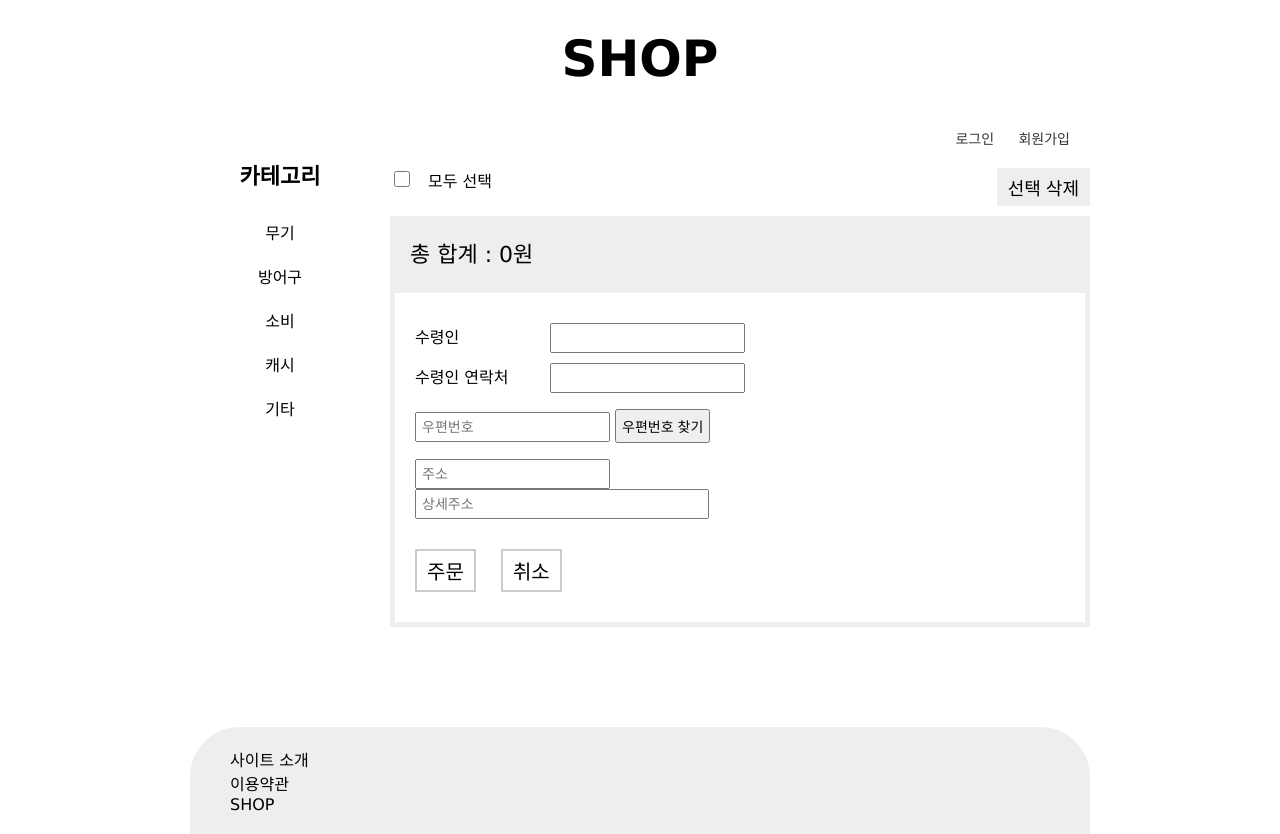
Repository: leesoonyong/shopping-mall
Page: http://localhost/shop/WEB-INF/views/shop/cartList.jsp
An editor plug-in stored every save of this project. The page is shown before and after the next save, followed by the edit.
The browser window is 1280 px wide. The pictures show the whole page.
After loading, the first visible `button.orderOpne_bnt` was clicked once.
The page is served by Tomcat 9. Nobody is signed in. Other server files are loaded and not shown. The template is opened directly, without the code that normally fills it, so the values that code supplies are empty.

Above is the page before, as saved 2020-09-16 02:13:00.

### shop/src/main/webapp/WEB-INF/views/shop/cartList.jsp
<%@ taglib uri="http://java.sun.com/jsp/jstl/core" prefix="c" %>
<%@ taglib prefix="fmt" uri="http://java.sun.com/jsp/jstl/fmt"%>
<%@ page language="java" contentType="text/html; charset=UTF-8" pageEncoding="UTF-8"%>
<!DOCTYPE html>
<html>
<head>
<meta charset="UTF-8">
<script src='https://code.jquery.com/jquery-3.3.1.min.js'></script>
<style>
body {
	margin: 0;
	padding: 0;
	font-family: '맑은 고딕', verdana;
}

a {
	color: #05f;
	text-decoration: none;
}

a:hover {
	text-decoration: underline;
}

h1, h2, h3, h4, h5, h6 {
	margin: 0;
	padding: 0;
}

ul, lo, li {
	margin: 0;
	padding: 0;
	list-style: none;
}

/* ---------- */
div#root {
	width: 900px;
	margin: 0 auto;
}

header#header {

}

nav#nav {

}

section#container {

}

section#content {
	float: right;
	width: 700px;
}

aside#aside {
	float: left;
	width: 180px;
}

section#container::after {
	content: "";
	display: block;
	clear: both;
}

footer#footer {
	background: #eee;
	padding: 20px;
}

/* ---------- */
header#header div#header_box {
	text-align: center;
	padding: 30px 0;
}

header#header div#header_box h1 {
	font-size: 50px;
}

header#header div#header_box h1 a {
	color: #000;
}

nav#nav div#nav_box {
	font-size: 14px;
	padding: 10px;
	text-align: right;
}

nav#nav div#nav_box li {
	display: inline-block;
	margin: 0 10px;
}

nav#nav div#nav_box li a {
	color: #333;
}

section#container {

}

aside#aside h3 {
	font-size: 22px;
	margin-bottom: 20px;
	text-align: center;
}

aside#aside li {
	font-size: 16px;
	text-align: center;
}

aside#aside li a {
	color: #000;
	display: block;
	padding: 10px 0;
}

aside#aside li a:hover {
	text-decoration: none;
	background: #eee;
}

footer#footer {
	margin-top: 100px;
	border-radius: 50px 50px 0 0;
}

footer#footer div#footer_box {
	padding: 0 20px;
}

aside#aside li {
	position: relative;
}

aside#aside li:hover {
	background: #eee;
}

aside#aside li>ul.low {
	display: none;
	position: absolute;
	top: 0;
	left: 180px;
}

aside#aside li:hover>ul.low {
	display: block;
}

aside#aside li:hover>ul.low li a {
	background: #eee;
	border: 1px solid #eee;
}

aside#aside li:hover>ul.low li a:hover {
	background: #fff;
}

aside#aside li>ul.low li {
	width: 180px;
}
/*
section#content ul li {
	display: inline-block;
	margin: 10px;
}

section#content div.goodsThumb img {
	width: 200px;
	height: 200px;
}

section#content div.goodsName {
	padding: 10px 0;
	text-align: center;
}

section#content div.goodsName a {
	color: #000;
}
*/
 section#content ul li { margin:10px 0; }
 section#content ul li img { width:250px; height:250px; }
 section#content ul li::after { content:""; display:block; clear:both; }
 section#content div.thumb { float:left; width:250px; }
 section#content div.gdsInfo { float:right; width:calc(100% - 270px); }
 section#content div.gdsInfo { font-size:20px; line-height:2; }
 section#content div.gdsInfo span { display:inline-block; width:100px; font-weight:bold; margin-right:10px; }
 section#content div.gdsInfo .delete { text-align:right; }
 section#content div.gdsInfo .delete button { font-size:22px;
            padding:5px 10px; border:1px solid #eee; background:#eee;}



.allCheck { float:left; width:200px; }
.allCheck input { width:16px; height:16px; }
.allCheck label { margin-left:10px; }
.delBtn { float:right;  text-align:right; }
.delBtn button { font-size:18px; padding:5px 10px; border:1px solid #eee; background:#eee;}

.checkBox { width:30px; }
.checkBox input { width:16px; height:16px; }


.listResult { padding:20px; background:#eee; }
.listResult .sum { float:left; width:45%; font-size:22px; }

.listResult .orderOpne { float:right; width:45%; text-align:right; }
.listResult .orderOpne button { font-size:18px; padding:5px 10px; border:1px solid #999; background:#fff;}
.listResult::after { content:""; display:block; clear:both; }

.orderInfo { border:5px solid #eee; padding:20px; display:none;}
.orderInfo .inputArea { margin:10px 0; }
.orderInfo .inputArea label { display:inline-block; width:120px; margin-right:10px; }
.orderInfo .inputArea input { font-size:14px; padding:5px; }
#userAddr2, #userAddr3 { width:250px; }

.orderInfo .inputArea:last-child { margin-top:30px; }
.orderInfo .inputArea button { font-size:20px; border:2px solid #ccc; padding:5px 10px; background:#fff; margin-right:20px;}\

.orderInfo .inputArea #sample6_address { width:230px; }
.orderInfo .inputArea #sample6_detailAddress { width:280px; }
.orderInfo .inputArea #sample6_extraAddress { display:none; }

</style>
<script src="https://t1.daumcdn.net/mapjsapi/bundle/postcode/prod/postcode.v2.js"></script>
<script>
function sample6_execDaumPostcode() {
    new daum.Postcode({
        oncomplete: function(data) {
            // 팝업에서 검색결과 항목을 클릭했을때 실행할 코드를 작성하는 부분.

            // 각 주소의 노출 규칙에 따라 주소를 조합한다.
            // 내려오는 변수가 값이 없는 경우엔 공백('')값을 가지므로, 이를 참고하여 분기 한다.
            var addr = ''; // 주소 변수
            var extraAddr = ''; // 참고항목 변수

            //사용자가 선택한 주소 타입에 따라 해당 주소 값을 가져온다.
            if (data.userSelectedType === 'R') { // 사용자가 도로명 주소를 선택했을 경우
                addr = data.roadAddress;
            } else { // 사용자가 지번 주소를 선택했을 경우(J)
                addr = data.jibunAddress;
            }

            // 사용자가 선택한 주소가 도로명 타입일때 참고항목을 조합한다.
            if(data.userSelectedType === 'R'){
                // 법정동명이 있을 경우 추가한다. (법정리는 제외)
                // 법정동의 경우 마지막 문자가 "동/로/가"로 끝난다.
                if(data.bname !== '' && /[동|로|가]$/g.test(data.bname)){
                    extraAddr += data.bname;
                }
                // 건물명이 있고, 공동주택일 경우 추가한다.
                if(data.buildingName !== '' && data.apartment === 'Y'){
                    extraAddr += (extraAddr !== '' ? ', ' + data.buildingName : data.buildingName);
                }
                // 표시할 참고항목이 있을 경우, 괄호까지 추가한 최종 문자열을 만든다.
                if(extraAddr !== ''){
                    extraAddr = ' (' + extraAddr + ')';
                }
                // 조합된 참고항목을 해당 필드에 넣는다.
                document.getElementById("sample6_extraAddress").value = extraAddr;

            } else {
                document.getElementById("sample6_extraAddress").value = '';
            }

            // 우편번호와 주소 정보를 해당 필드에 넣는다.
            document.getElementById('sample6_postcode').value = data.zonecode;
            document.getElementById("sample6_address").value = addr;
            // 커서를 상세주소 필드로 이동한다.
            document.getElementById("sample6_detailAddress").focus();
        }
    }).open();
}
</script>
</head>
<body>
<div id="root">
	<header id="header">
		<div id="header_box">
			<%@ include file="../include/header.jsp" %>
		</div>
	</header>

	<nav id="nav">
		<div id="nav_box">
			<%@ include file="../include/nav.jsp" %>
		</div>
	</nav>

	<section id="container">
		<aside id="aside">
			<%@ include file="../include/aside.jsp" %>
		</aside>
		<div id="container_box">
			<section id="content">
					<ul>
						<li>
							<div class="allCheck">
								<input type="checkbox" name="allCheck" id="allCheck" />
								<label	for="allCheck">모두 선택</label>
								<script>
									$("#allCheck").click(function(){
										 var chk = $("#allCheck").prop("checked");
										 if(chk) {
										  $(".chBox").prop("checked", true);
										 } else {
										  $(".chBox").prop("checked", false);
										 }
									});
								</script>
							</div>

							<div class="delBtn">
								<button type="button" class="selectDelete_btn">선택 삭제</button>

								<script>
								$(".selectDelete_btn").click(function(){
									var confirm_val = confirm("정말 삭제하시겠습니까?");

									if(confirm_val){
										var checkArr = new Array();

										$("input[class='chBox']:checked").each(function(){
											checkArr.push($(this).attr("data-cartNum"));
										});

										$.ajax({
											url : "/shop/deleteCart",
											type : "post",
											data : {
												chbox : checkArr
											},
											success : function(result){
												if(result == 1){
													location.href = "/shop/cartList";
												}else{
													alert("삭제 실패");
												}
											}
										});
									}
								});



								</script>
							</div>

						</li>
						<c:set var="sum" value="0"/>
						<c:forEach items="${cartList}" var="cartList">
							<li>
								<div class="checkBox">
									<input type="checkbox" name="chBox" class="chBox" data-cartNum="${cartList.cartNum}" />
									<script>
										$(".chBox").click(function(){
											$("#allCheck").prop("checked", false);
										});
									</script>
								</div>

								<div class="thumb">
									<img src="${cartList.gdsThumbImg}" />
								</div>
								<div class="gdsInfo">
									<p>
										<span>상품명</span>${cartList.gdsName}<br />
										<span>개당 가격</span>
										<fmt:formatNumber pattern="###,###,###" value="${cartList.gdsPrice}"/> 원<br />
										<span>구입 수량</span>${cartList.cartStock} 개<br />
										<span>최종가격</span>
										<fmt:formatNumber pattern="###,###,###" value="${cartList.gdsPrice * cartList.cartStock}" /> 원
									</p>

									<div class="delete">
										<button type="button" class="delete_${cartList.cartNum}_btn" data-cartNum="${cartList.cartNum}">삭제</button>
										<script>
											$(".delete_${cartList.cartNum}_btn").click(function(){
												var confirm_val = confirm("정말 삭제하시겠습니까?");

												if(confirm_val){
													var checkArr = new Array();

													checkArr.push($(this).attr("data-cartNum"));


													$.ajax({
														url : "/shop/deleteCart",
														type : "post",
														data : {
															chbox : checkArr
														},
														success : function(result){
															if(result == 1){
																location.href = "/shop/cartList";
															}else{
																alert("삭제 실패");
															}
														}
													});
												}
											});
										</script>
									</div>
								</div>
							</li>
						<c:set var="sum" value="${sum + (cartList.gdsPrice * cartList.cartStock)}"/>
						</c:forEach>
					</ul>
					<div class="listResult">
						<div class="sum">
							총 합계 : <fmt:formatNumber pattern="###,###,###" value="${sum}"/>원
						</div>
						<div class="orderOpne">
							<button type="button" class="orderOpne_bnt">주문 정보 입력</button>
							<script>
								$(".orderOpne_bnt").click(function(){
									$(".orderInfo").slideDown();
									$(".orderOpne_bnt").slideUp();
								});
							</script>
						</div>
					</div>
					<div class="orderInfo">
						<form method="post">
							<input type="hidden" name="amount" value="${sum}"/>

							<div class="inputArea">
								<label for="">수령인</label>
								<input type="text" name="orderRec" id="orderRec" required="required"/>
							</div>

							<div class="inputArea">
								<label for="orderPhon">수령인 연락처</label>
								<input type="text" name="orderPhon" id="orderPhon" required="required"/>
							</div>
							<div class="inputArea">
								<p>
									<input type="text" id="sample6_postcode" placeholder="우편번호">
									<input type="button" onclick="sample6_execDaumPostcode()" value="우편번호 찾기"><br>
								</p>
								<p>
									<input type="text" name= userAddr1 id="sample6_address" placeholder="주소"><br>
									<input type="text" name= userAddr2 id="sample6_detailAddress" placeholder="상세주소">
									<input type="text" name= userAddr3 id="sample6_extraAddress" placeholder="참고항목">
								</p>
							</div>
							<!--
							<div class="inputArea">
								<label for="userAddr">우편번호</label>
								<input type="text" name="userAddr1" id="userAddr1" required="required"/>
							</div>

							<div class="inputArea">
								<label for="userAddr2">1차 주소</label>
								<input type="text" name="userAddr2" id="userAddr2" required="required"/>
							</div>

							<div class="inputArea">
								<label for="userAddr3">2차 주소</label>
								<input type="text" name="userAddr3" id="userAddr3" required="required"/>
							</div>
							-->


							<div class="inputArea">
								<button type="submit" class="order_btn">주문</button>
								<button type="button" class="cancel_btn">취소</button>

								<script>
									$(".cancel_btn").click(function(){
										$(".orderInfo").slideUp();
										$(".orderOpne_bnt").slideDown();
									});
								</script>
							</div>
						</form>

					</div>
				</section>
		</div>
	</section>

	<footer id="footer">
		<div id="footer_box">
			<%@ include file="../include/footer.jsp" %>
		</div>
	</footer>
</div>


</body>
</html>

### shop/src/main/webapp/WEB-INF/views/include/header.jsp
<%@ taglib uri="http://java.sun.com/jsp/jstl/core" prefix="c" %>
<%@ page language="java" contentType="text/html; charset=UTF-8" pageEncoding="UTF-8"%>
<h1 class="title">
	<a href="/">SHOP</a>
</h1>

### shop/src/main/webapp/WEB-INF/views/include/nav.jsp
<%@ taglib uri="http://java.sun.com/jsp/jstl/core" prefix="c" %>
<%@ page language="java" contentType="text/html; charset=UTF-8" pageEncoding="UTF-8"%>
<ul>
<c:if test="${member == null}">
	<li>
		<a href="/member/signIn">로그인</a>
	</li>
	<li>
		<a href="/member/signUp">회원가입</a>
	</li>
</c:if>
<c:if test="${member != null}">
	<c:if test="${member.verify == 9}">
	<li>
		<a href="/admin/index">관리자 화면</a>
	</li>
	</c:if>
	<li>
		${member.userName}님 환영합니다.
	</li>
	<li>
		<a href="/shop/cartList">카트 리스트</a>
	</li>
		<li>
		<a href="/shop/orderList">주문 리스트</a>
	</li>
	<li>
		<a href="/member/signOut">로그아웃</a>
	</li>
</c:if>
</ul>

### shop/src/main/webapp/WEB-INF/views/include/aside.jsp
<%@ taglib uri="http://java.sun.com/jsp/jstl/core" prefix="c" %>
<%@ page language="java" contentType="text/html; charset=UTF-8" pageEncoding="UTF-8"%>

<h3>카테고리</h3>
<ul>
	<li><a href="/shop/list?c=100&l=1">무기</a>
		<ul class="low">
			<li><a href="/shop/list?c=101&l=2">아케인셰이드</a></li>
			<li><a href="/shop/list?c=102&l=2">앱솔랩스</a></li>
			<li><a href="/shop/list?c=103&l=2">파프니르</a></li>
			<li><a href="/shop/list?c=104&l=2">펜살리르</a></li>
			<li><a href="/shop/list?c=105&l=2">무스펠</a></li>
			<li><a href="/shop/list?c=106&l=2">네크로</a></li>
		</ul>
	</li>
	<li><a href="/shop/list?c=200&l=1">방어구</a>
		<ul class="low">
			<li><a href="/shop/list?c=201&l=2">아케인셰이드</a></li>
			<li><a href="/shop/list?c=202&l=2">앱솔랩스</a></li>
			<li><a href="/shop/list?c=203&l=2">파프니르</a></li>
			<li><a href="/shop/list?c=204&l=2">펜살리르</a></li>
			<li><a href="/shop/list?c=205&l=2">무스펠</a></li>
			<li><a href="/shop/list?c=206&l=2">네크로</a></li>
		</ul>
	</li>
	<li><a href="/shop/list?c=300&l=1">소비</a>
		<ul class="low">
			<li><a href="/shop/list?c=301&l=2">회복 아이템</a></li>
			<li><a href="/shop/list?c=302&l=2">연금술 아이템</a></li>
			<li><a href="/shop/list?c=303&l=2">주문서</a></li>
			<li><a href="/shop/list?c=304&l=2">스킬북</a></li>
			<li><a href="/shop/list?c=305&l=2">기타</a></li>
		</ul>
	</li>
	<li><a href="/shop/list?c=400&l=1">캐시</a>
		<ul class="low">
			<li><a href="/shop/list?c=401&l=2">강화</a></li>
			<li><a href="/shop/list?c=402&l=2">게임</a></li>
			<li><a href="/shop/list?c=403&l=2">코디</a></li>
			<li><a href="/shop/list?c=404&l=2">뷰티</a></li>
			<li><a href="/shop/list?c=405&l=2">펫</a></li>
			<li><a href="/shop/list?c=406&l=2">기타</a></li>
		</ul>

	</li>
	<li><a href="/shop/list?c=500&l=1">기타</a>
		<ul class="low">
			<li><a href="/shop/list?c=501&l=2">의자</a></li>
			<li><a href="/shop/list?c=502&l=2">전문기술</a></li>
		</ul>
	</li>
</ul>

### shop/src/main/webapp/WEB-INF/views/include/footer.jsp
<%@ taglib uri="http://java.sun.com/jsp/jstl/core" prefix="c" %>
<%@ page language="java" contentType="text/html; charset=UTF-8" pageEncoding="UTF-8"%>
<ul>
	<li>사이트 소개</li>
	<li>이용약관</li>
	<li>SHOP</li>
</ul>

After the next save:
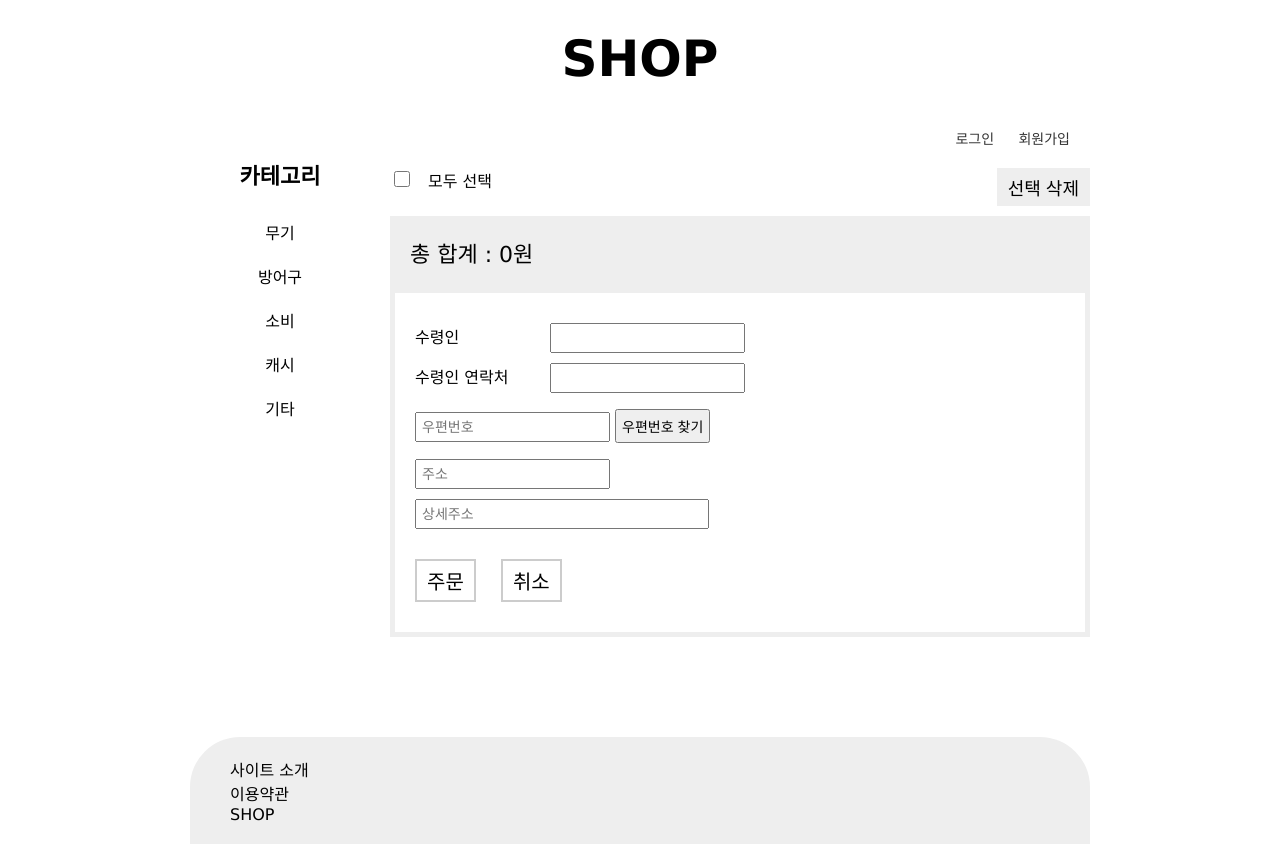
Saved 2 min 35 s later.
--- a/shop/src/main/webapp/WEB-INF/views/shop/cartList.jsp
+++ b/shop/src/main/webapp/WEB-INF/views/shop/cartList.jsp
@@ -227,7 +227,7 @@ section#content div.goodsName a {
 .orderInfo .inputArea button { font-size:20px; border:2px solid #ccc; padding:5px 10px; background:#fff; margin-right:20px;}\
 
 .orderInfo .inputArea #sample6_address { width:230px; }
-.orderInfo .inputArea #sample6_detailAddress { width:280px; }
+.orderInfo .inputArea #sample6_detailAddress { width:280px; margin-top:10px;}
 .orderInfo .inputArea #sample6_extraAddress { display:none; }
 
 </style>
